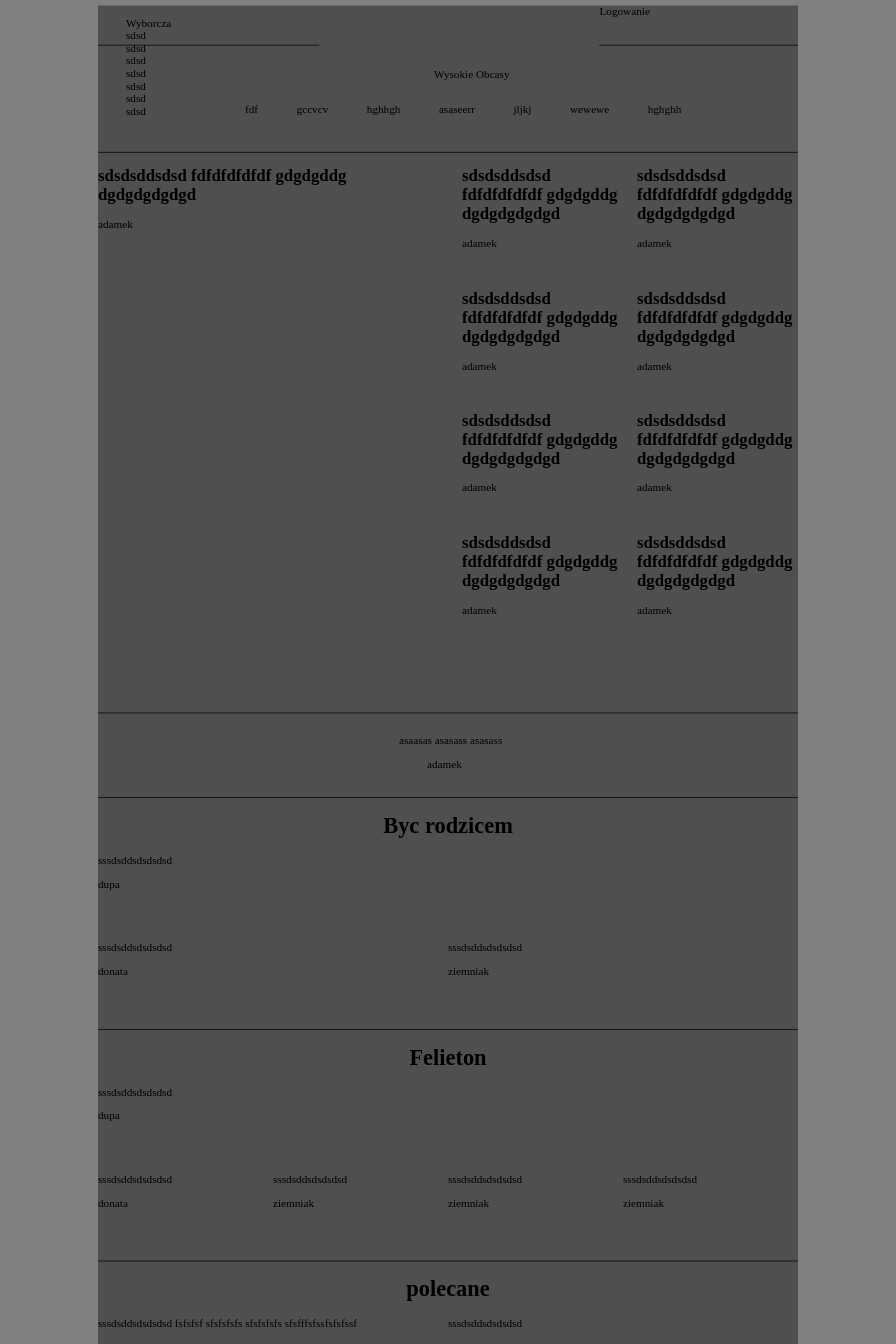
Repository: kq333/pitupitu.pl
Page: index.html
These files come from the project's save history. The page is drawn as it stood at one moment and after the next save; the edit follows.
The browser window is 1280 px wide. The pictures show the part of the page from y = 0 to 1920 px (the page is 2781 px tall), at 70% of full size.
The style sheet was rebuilt from its Sass, Less or Tailwind sources for each picture, by a compiler version that may differ from the author's.

Above is the page before, as saved 2020-11-04 13:28:19.

After the next save:
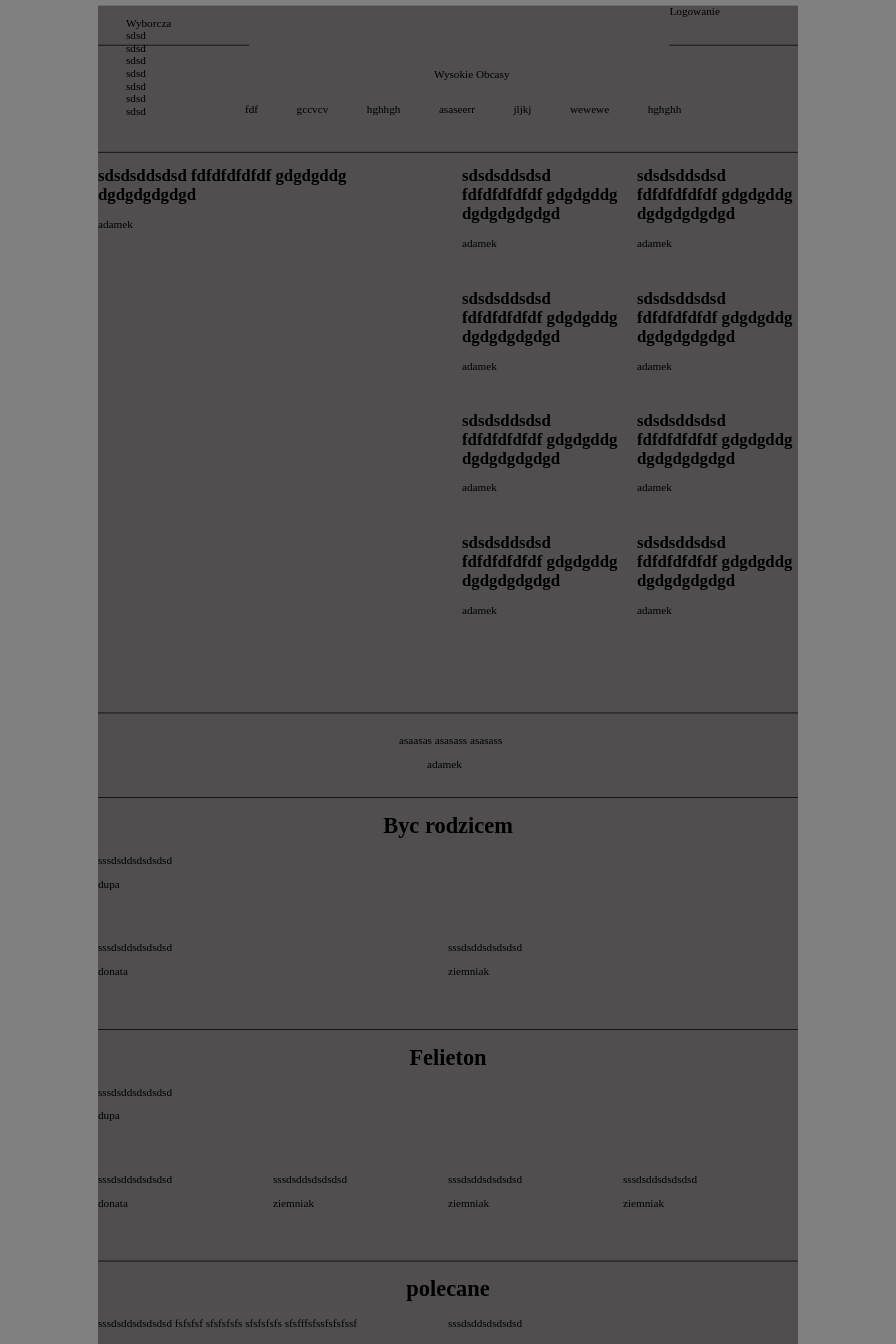
Saved 8 s later.
--- a/style/style.scss
+++ b/style/style.scss
@@ -35,7 +35,7 @@
     height: 56px;
     grid-area: loging;
     border-bottom: 1px solid black;
-    margin-left: 400px;
+    margin-left: 600px;
 }
 
 }
